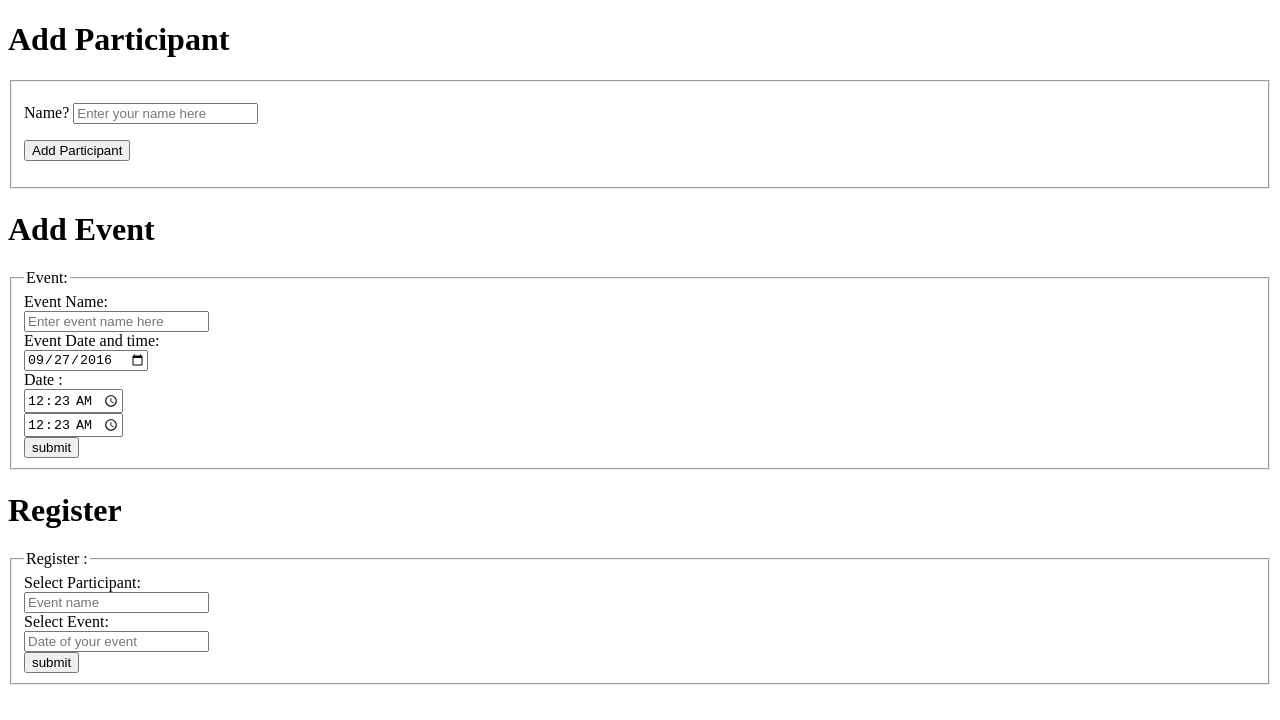
Repository: erickzhao/Event-Registration-Application
Page: http://localhost/
An editor plug-in stored every save of this project. The page is shown before and after the next save, followed by the edit.
The browser window is 1280 px wide. The pictures show the whole page.
The page is run by PHP 8.4 with error messages shown; the project is at /var/www/html/.

Above is the page before, as saved 2016-09-28 03:35:33.

### workspace-web/EventRegistration/EventRegistration/index.php
<!DOCTYPE html>
<html>
	<head>
		<meta charset="UTF-8">
		<title> Event Registration </title>
		<style>
			.error {color:#FF0000;}
		</style>
	</head>
	<body>
		<?php
			require_once "model/Participant.php";
			session_start();
		?>
		<h1> Add Participant </h1>
		<form action = "addparticipant.php" method="post">
		<fieldset>
			<p>Name? <input type="text" name="participant_name" placeholder="Enter your name here"/>
			<span class="error">
			<?php
			if (isset($_SESSION['errorParticipantName']) && !empty($_SESSION['errorParticipantName'])){
				echo " * " . $_SESSION["errorParticipantName"];
			}
			?>
			</span></p>
			<p><input type="submit" value="Add Participant"/></p>
		</fieldset>
		</form>

		<h1>Add Event</h1>
		<form action = "addevent.php" method="post">
			<fieldset>
				<legend>Event:</legend>
				Event Name:<br>
				<input type="text" name="event_name" placeholder="Enter event name here"/><br>
				Event Date and time:<br>
				<input type="date" name="event_date" value="<?php echo date('Y-m-d'); ?>" /><br>
				Date :<br> <!--Add better way to select the date-->
				<input type="time" name="starttime" value="<?php echo date('H:i'); ?>" /> <br>
				<input type="time" name="endtime" value="<?php echo date('H:i'); ?>" /> <br>
				<!-- Also add start/end times-->
				<input type="submit" value="submit">
			</fieldset>
		</form>

		<h1>Register</h1>
		<form action = ""> <!--Insert the php file behind this-->
			<fieldset>
				<legend>Register :</legend>
				Select Participant: <br>
				<!--Select participant/event has to be a drop-down not a text field -->
				<input type="text" name="notHandledLikeThis" placeholder="Event name"><br>
				Select Event: <br> <!--Add better way to select the date-->
				<input type="text" name="notHandledLikeThis" placeholder="Date of your event"><br>
				<input type="submit" value="submit">
			</fieldset>
		</form>

	</body>
</html>

### workspace-web/EventRegistration/EventRegistration/model/Participant.php
<?php
/*PLEASE DO NOT EDIT THIS CODE*/
/*This code was generated using the UMPLE 1.22.0.5146 modeling language!*/

class Participant
{

  //------------------------
  // MEMBER VARIABLES
  //------------------------

  //Participant Attributes
  private $name;

  //------------------------
  // CONSTRUCTOR
  //------------------------

  public function __construct($aName)
  {
    $this->name = $aName;
  }

  //------------------------
  // INTERFACE
  //------------------------

  public function setName($aName)
  {
    $wasSet = false;
    $this->name = $aName;
    $wasSet = true;
    return $wasSet;
  }

  public function getName()
  {
    return $this->name;
  }

  public function equals($compareTo)
  {
    return $this == $compareTo;
  }

  public function delete()
  {}

}
?>

After the next save:
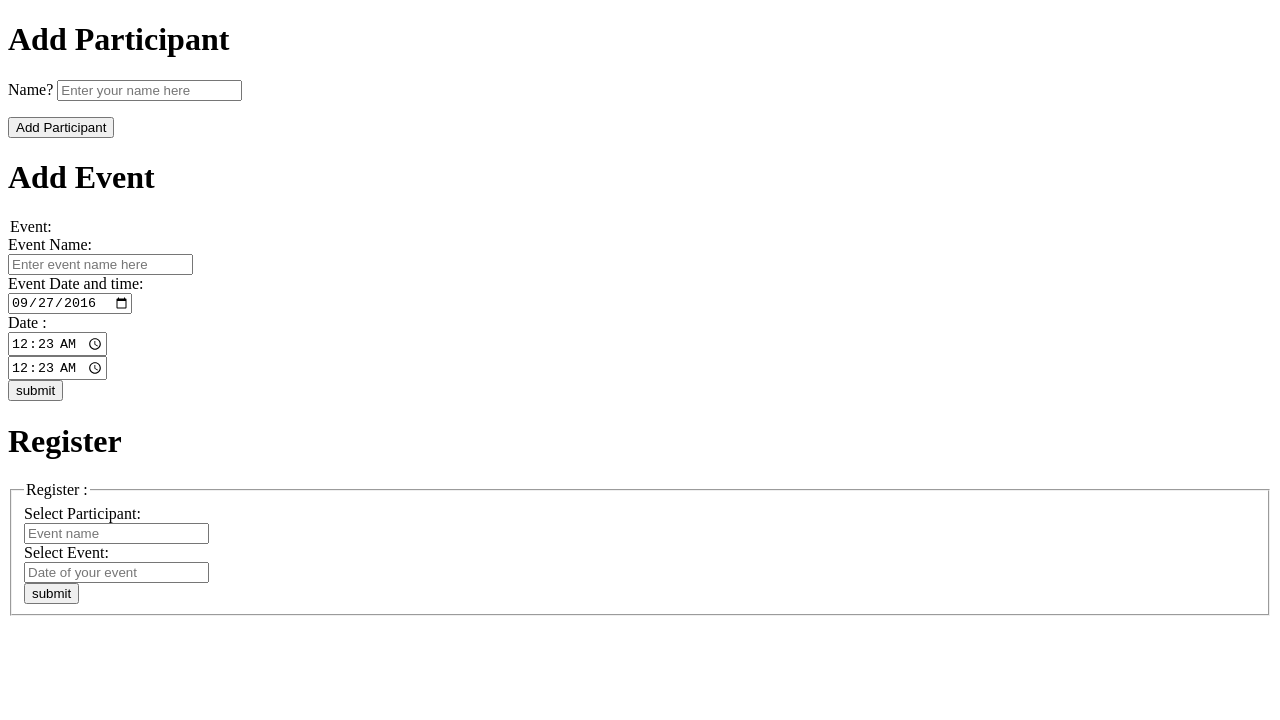
Saved 34 s later.
--- a/workspace-web/EventRegistration/EventRegistration/index.php
+++ b/workspace-web/EventRegistration/EventRegistration/index.php
@@ -14,7 +14,6 @@
 		?>
 		<h1> Add Participant </h1>
 		<form action = "addparticipant.php" method="post">
-		<fieldset>
 			<p>Name? <input type="text" name="participant_name" placeholder="Enter your name here"/>
 			<span class="error">
 			<?php
@@ -24,23 +23,20 @@
 			?>
 			</span></p>
 			<p><input type="submit" value="Add Participant"/></p>
-		</fieldset>
 		</form>
 
 		<h1>Add Event</h1>
 		<form action = "addevent.php" method="post">
-			<fieldset>
-				<legend>Event:</legend>
-				Event Name:<br>
-				<input type="text" name="event_name" placeholder="Enter event name here"/><br>
-				Event Date and time:<br>
-				<input type="date" name="event_date" value="<?php echo date('Y-m-d'); ?>" /><br>
-				Date :<br> <!--Add better way to select the date-->
-				<input type="time" name="starttime" value="<?php echo date('H:i'); ?>" /> <br>
-				<input type="time" name="endtime" value="<?php echo date('H:i'); ?>" /> <br>
-				<!-- Also add start/end times-->
-				<input type="submit" value="submit">
-			</fieldset>
+			<legend>Event:</legend>
+			Event Name:<br>
+			<input type="text" name="event_name" placeholder="Enter event name here"/><br>
+			Event Date and time:<br>
+			<input type="date" name="event_date" value="<?php echo date('Y-m-d'); ?>" /><br>
+			Date :<br> <!--Add better way to select the date-->
+			<input type="time" name="starttime" value="<?php echo date('H:i'); ?>" /> <br>
+			<input type="time" name="endtime" value="<?php echo date('H:i'); ?>" /> <br>
+			<!-- Also add start/end times-->
+			<input type="submit" value="submit">
 		</form>
 
 		<h1>Register</h1>
